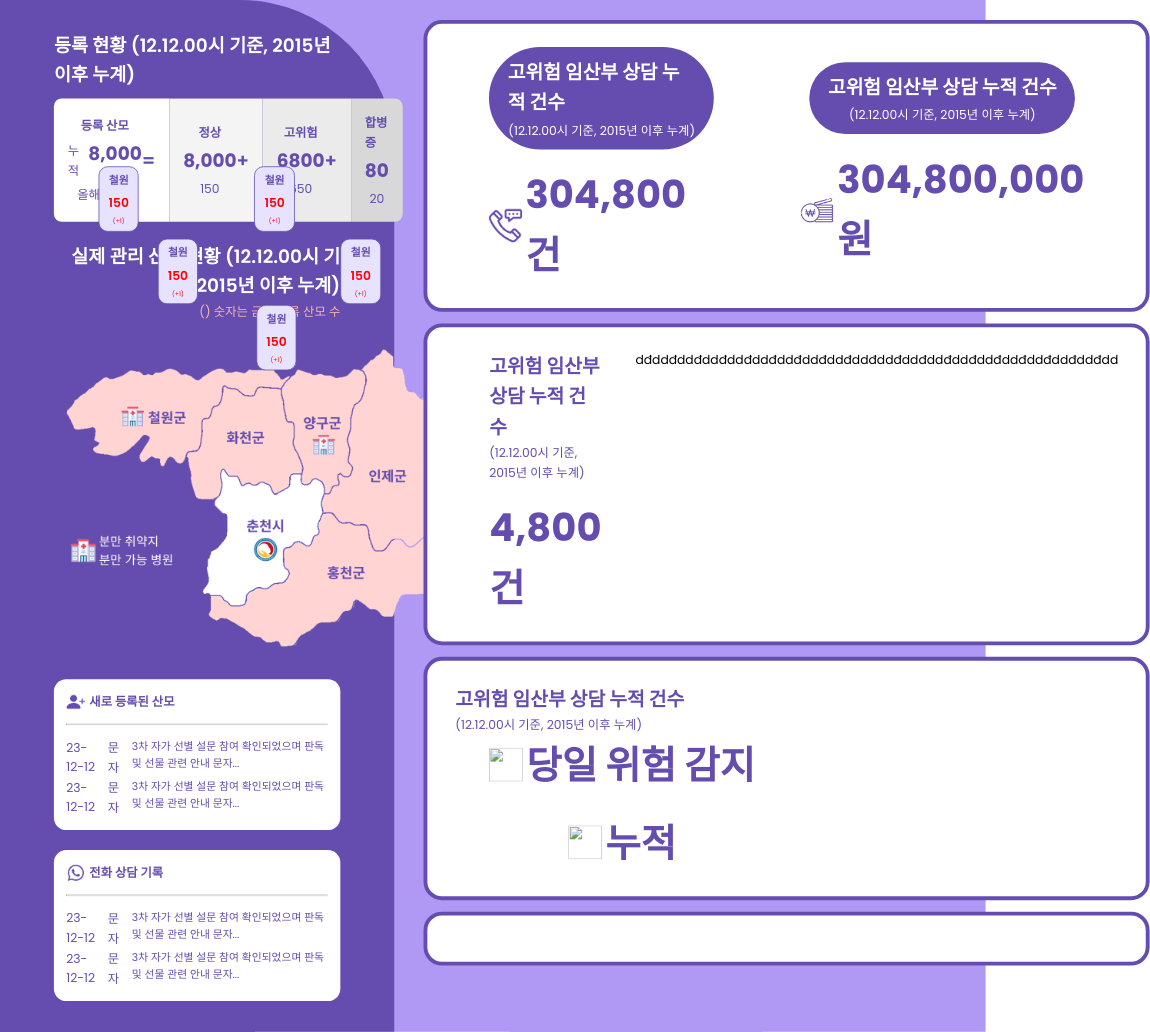
Repository: giapchicuong/Perganancy_Web
Page: index.html
These files come from the project's save history. The page is drawn as it stood at one moment and after the next save; the edit follows.
The browser window is 1280 px wide. The page is 1493 px wide, so the pictures cover 1493 px, including what lies to the right of the window. The pictures show the whole page, at 77% of full size.

Above is the page before, as saved 2024-03-07 12:46:46.

After the next save:
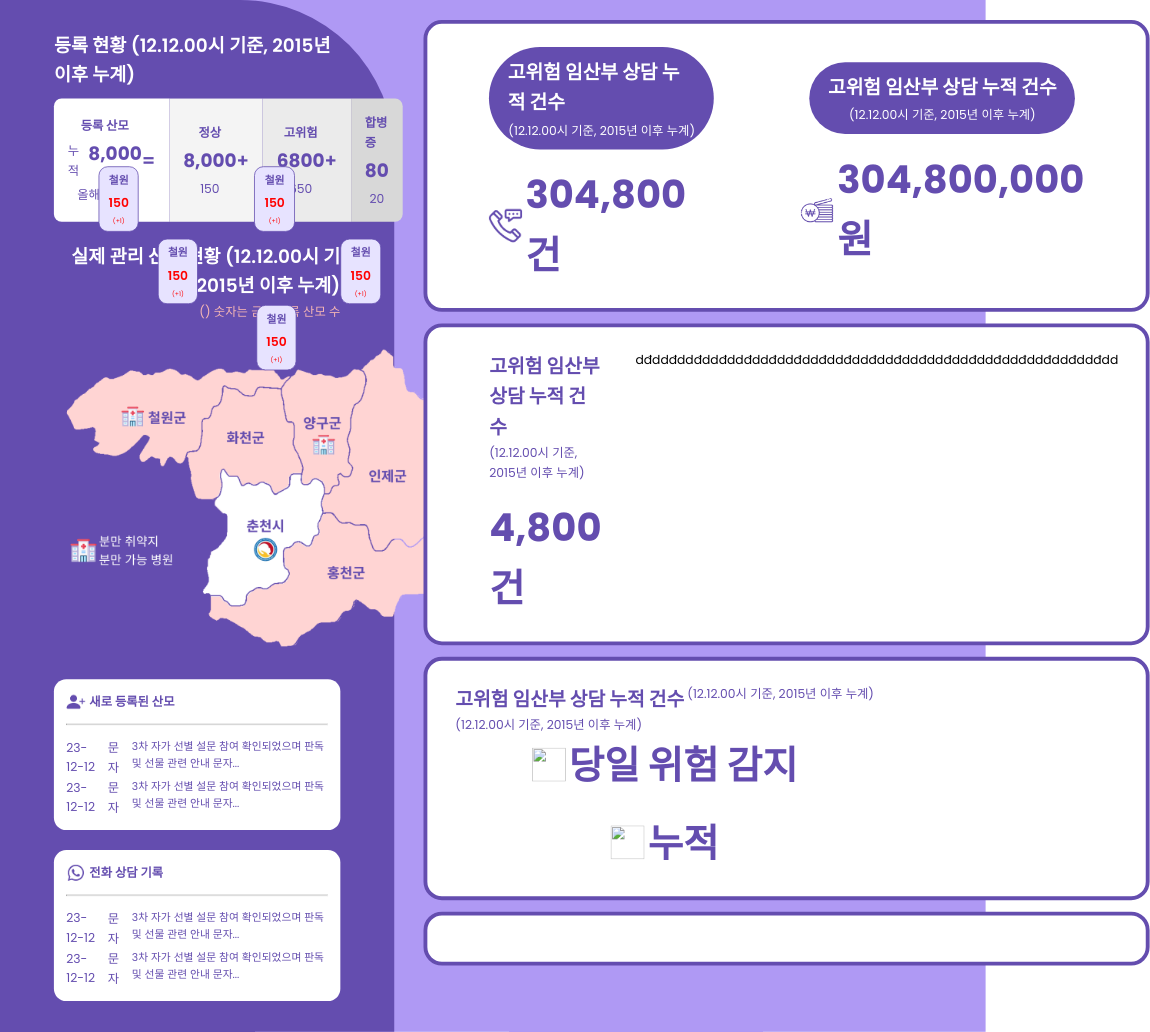
Saved 68 s later.
--- a/index.html
+++ b/index.html
@@ -230,6 +230,7 @@
                                 </div>
                                 <div class="">
                                     <div class=""></div>
+                                    <div class="advertising-right-item-desc">(12.12.00시 기준, 2015년 이후 누계)</div>
 
                                 </div>
                             </div>

After the save that followed:
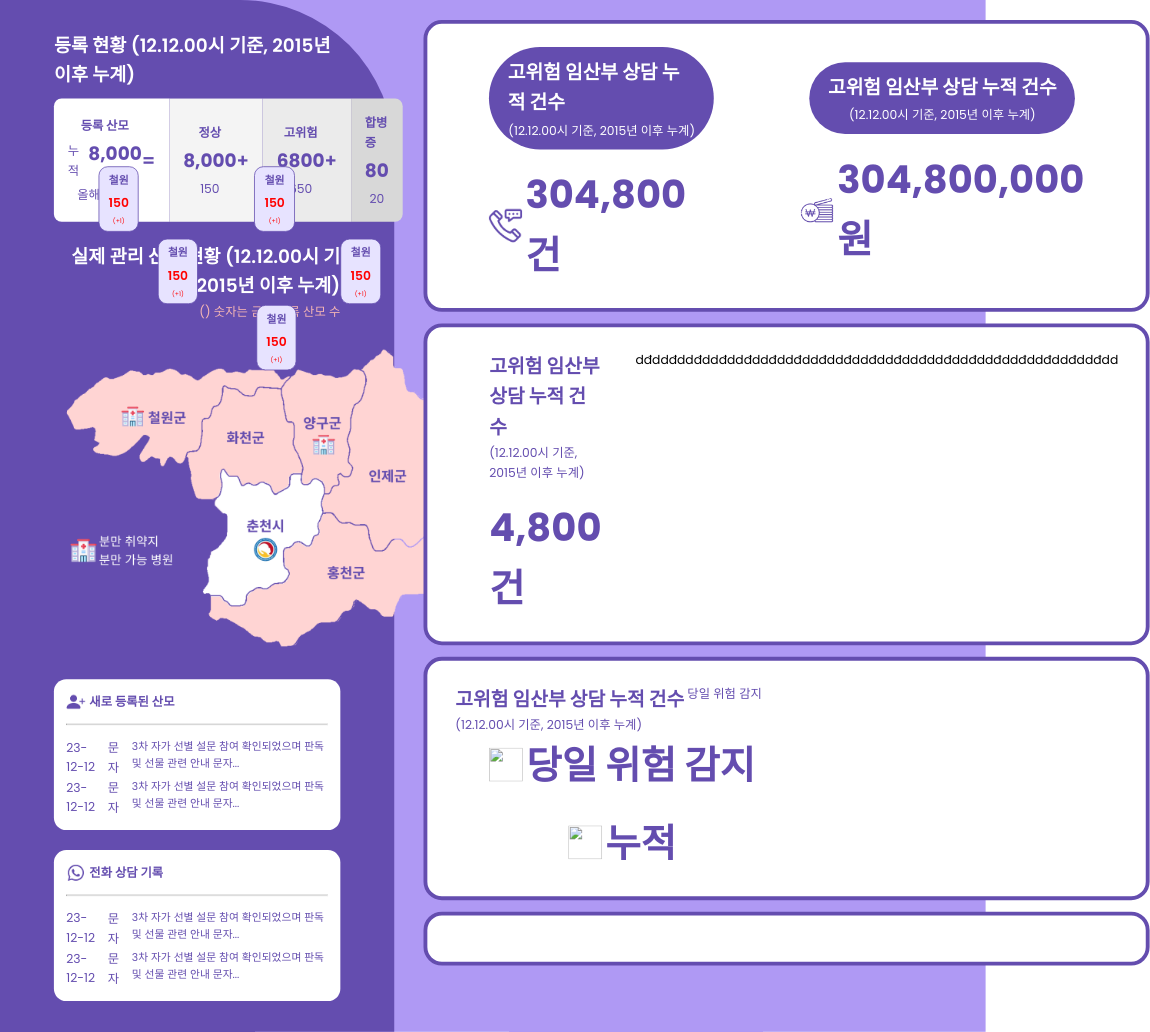
Saved 22 s later.
--- a/index.html
+++ b/index.html
@@ -230,7 +230,7 @@
                                 </div>
                                 <div class="">
                                     <div class=""></div>
-                                    <div class="advertising-right-item-desc">(12.12.00시 기준, 2015년 이후 누계)</div>
+                                    <div class="advertising-right-item-desc">당일 위험 감지</div>
 
                                 </div>
                             </div>
